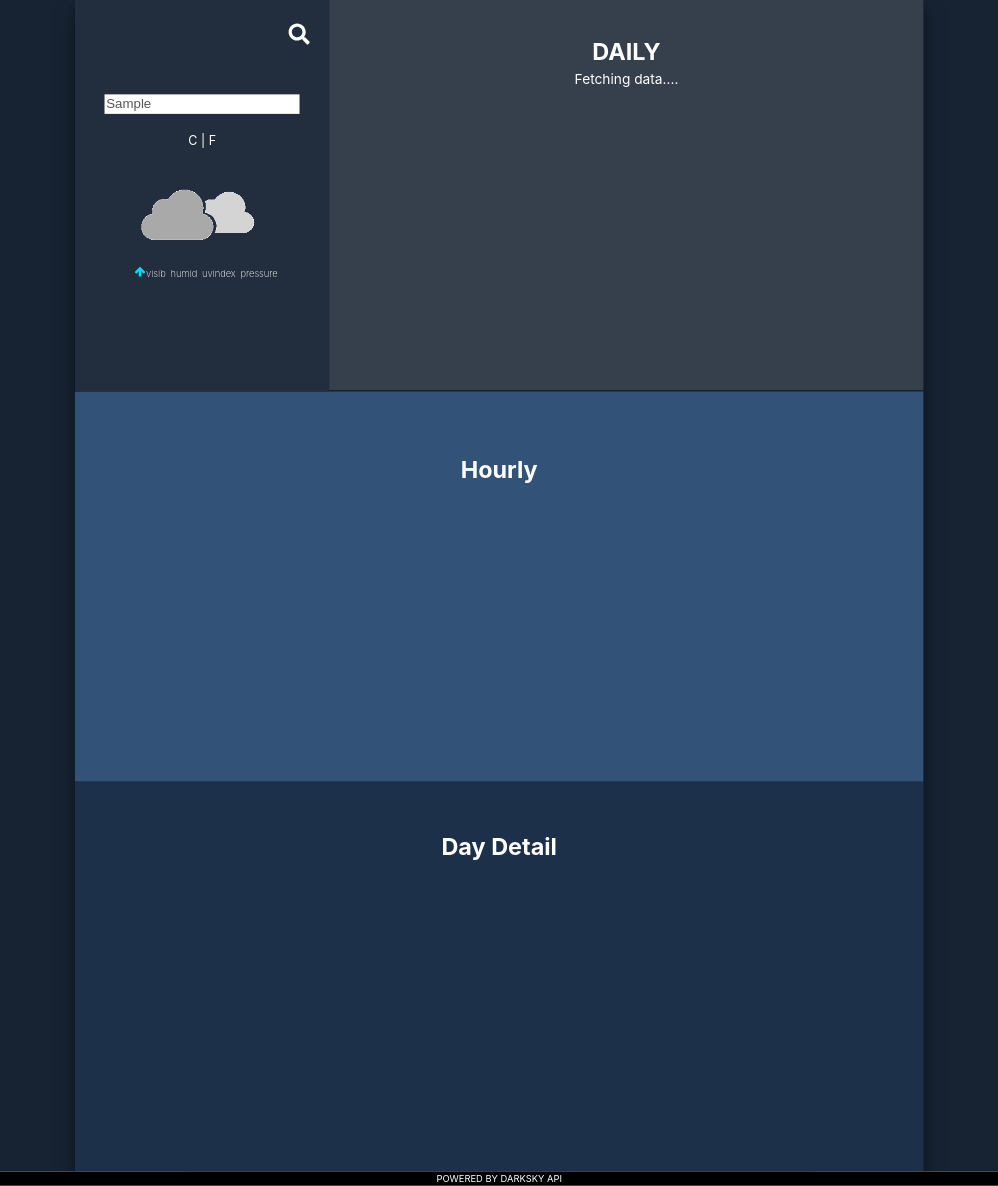
Repository: DOODpls/assignment3_weather
Page: index.html
The author's editor kept a copy of each file at every save. The page is drawn from the files as they stood at one save, then again after the next save.
The browser window is 1280 px wide. The pictures show the whole page, at 78% of full size.
Empty fields were first filled with sample values (such as "Sample", 5 or name@example.com).
After loading, the first visible `#searchbutton` was clicked once.
Some web fonts or font styles are not loaded; a fallback is used. Some web libraries are served in a nearby version.

Above is the page before, as saved 2020-01-07 21:23:24.

### index.html
<!DOCTYPE html>
<html lang="en">
    <head>
        <meta charset="UTF-8" />
        <meta name="viewport" content="width=device-width, initial-scale=1.0" />
        <meta http-equiv="X-UA-Compatible" content="ie=edge" />
        <script src="https://ajax.googleapis.com/ajax/libs/jquery/1/jquery.min.js" type="text/javascript"></script>
        <script src="https://ajax.googleapis.com/ajax/libs/jqueryui/1.10.3/jquery-ui.min.js"></script>
        <script src="https://cdnjs.cloudflare.com/ajax/libs/font-awesome/5.11.2/js/all.js"></script>
        <title>The Weathering</title>
        <link rel="shortcut icon" href="./icons/favicon.ico" />
        <link
            rel="stylesheet"
            href="https://cdnjs.cloudflare.com/ajax/libs/bulma/0.7.5/css/bulma.min.css"
            integrity="sha256-vK3UTo/8wHbaUn+dTQD0X6dzidqc5l7gczvH+Bnowwk="
            crossorigin="anonymous"
        />
        <link
            rel="stylesheet"
            href="https://cdnjs.cloudflare.com/ajax/libs/open-iconic/1.1.1/font/css/open-iconic.min.css"
            integrity="sha256-CfN2r6i/dqkUHVRqpBzO3w21SnIWalwGfj5ScBPVzmI="
            crossorigin="anonymous"
        />
        <link rel="stylesheet" href="styles.css" />
    </head>
    <body>
        <div class="page">
            <div class="main-container">
                <div class="today-container">
                  <div class="searchbutton" id="searchbutton">
                    <i class="fas fa-search"></i>
                  </div>
                  <form action="" method="post" name="form_citydetails" id="form_citydetails" enctype="multipart/form-data" onsubmit="return false;">
                    <input class="ff_elem city-text" type="text" name="ff_nm_from[]" value="" id="f_elem_city" placeholder="Type City" onkeydown="search(this)"/>
                    </form>
                    <div class="today-stage">
                      <div class="unitswitcher">
                        <div class="celcius" id='cell'>C</div>
                        <br>
                        <p>&nbsp;|&nbsp;</p>
                        <div class="farenheight" id="farr">F</div>
                      </div>
                        <div class="info-holder">
                          <div class="preload"></div>
                          <canvas id="icon0" width="150" height="150"></canvas>
                          <p class="city"></p>
                          <p class="today-temp"></p>
                          <p class="today-description"></p>
                          <p class="today-minmax"></p>
                          <div class="sub-info">
                          <p class="app-temp"></p>
                          <div class="wind-holder">
                            <p class="wind-speed"></p>
                            <div class="wind-direction"></div>
                          </div>
                          <p class="visibility">visib</p>
                          <p class="humidity">humid</p>
                          <p class="uvindex">uvindex</p>
                          <p class="pressure">pressure</p>
                          </div>
                        </div>
                    </div>
                </div>

                <div class="week-container">
                  <p class="daily-title">DAILY</p>
                  <p class="week-summary">Fetching data....</p>
                  <div class="week-stage" id="week-stages">
                  </div>
                </div>
                <div class="hourly-container">
                  <p class="daily-title">Hourly</p>
                  <div class="hourly-row"></div>
                </div>
                <div class="day-details">
                  <div class="titlebar">
                    <p class="daily-title">Day Detail</p>
                    <p class="day-summ"></p>
                  </div>
                  <div class="summary-flex">
                  <div class="melovesomeclouds">
                    <p class="habanero"></p> <!-- have to name it like this bc for some readon uvindex(whatever) wont work  -->
                    <p class="cloud-cover"></p>
                  </div>

                  <div class="sunny">
                    <p class="sunrise"></p>
                    <p class="sunset"></p>
                  </div>

                  <div class="airwater">
                    <p class="humidity2"></p>
                    <p class="dew-point"></p>
                  </div>

                  <div class="wind">
                    <p class="ave-windspeed"></p>
                    <p class="ave-windgust"></p>
                  </div>
                </div>
                </div>
            </div>
        </div>
        <footer class="foooterrr">
          <a href="https://darksky.net/dev">POWERED BY DARKSKY API</a>
        </footer>
        <script src="./skycons.js"></script>
        <script src="./app.js"></script>
    </body>
</html>

### styles.css

.page {
  display: flex;
  color: white;
  justify-content: center;
  flex-wrap: wrap;
  background-color: #172332;
  width: 100%;
  height: 100%;
  overflow: hidden;
}
.main-container {
  height: 100%;
  width: 85vw;
  overflow-y: hidden;
  box-sizing: content-box;
  display: flex;
  justify-content: flex-start;
  flex-wrap: wrap;
  box-shadow: 0 14px 28px rgba(0, 0, 0, 0.25), 0 10px 10px rgba(0, 0, 0, 0.22);
}
.today-container {
  flex: 30%;
  display: flex;
  height: 502px;
  background: #222e3e;
  flex-direction: column;
  justify-content: center;
  align-items: center;
  overflow: hidden;
  position: relative;
}
.searchbutton{
  position: absolute;
  top: 25px;
  right: 25px;
  font-size: 27px;
}
.unitswitcher{
  color: white;
  display: flex;
  justify-content: center;
}
.celcius, .farenheight{
  text-decoration: none;
  color: white;
}
.celcius:hover, .farenheight:hover{
  color: rgb(161, 161, 161);
}
.ui-helper-hidden-accessible{
  visibility: hidden;
  position: absolute;
}


.ui-autocomplete {
  position: absolute;
  top: 100%;
  left: 0;
  z-index: 1000;
  float: left;
  display: none;
  min-width: 160px;
  padding: 4px 0;
  margin: 0 0 10px 25px;
  list-style: none;
  background-color: #36404d;
  border-color: #ccc;
  border-color: rgba(0, 0, 0, 0.2);
  border-style: solid;
  border-width: 1px;
  -webkit-border-radius: 5px;
  -moz-border-radius: 5px;
  border-radius: 5px;
  -webkit-box-shadow: 0 5px 10px rgba(0, 0, 0, 0.2);
  -moz-box-shadow: 0 5px 10px rgba(0, 0, 0, 0.2);
  box-shadow: 0 5px 10px rgba(0, 0, 0, 0.2);
  -webkit-background-clip: padding-box;
  -moz-background-clip: padding;
  background-clip: padding-box;
  *border-right-width: 2px;
  *border-bottom-width: 2px;
}

.ui-menu-item > a.ui-corner-all {
  display: block;
  padding: 3px 15px;
  clear: both;
  font-weight: normal;
  line-height: 18px;
  color: #ffffff;
  white-space: nowrap;
  text-decoration: none;
}

.ui-state-hover, .ui-state-active {
  color: #ffffff;
  text-decoration: none;
  background-color: #0088cc;
  border-radius: 0px;
  -webkit-border-radius: 0px;
  -moz-border-radius: 0px;
  background-image: none;
}


.preload{
  background-image: url(./preloader.gif);
  height: 170px;
  width: 170px;
  background-size: 170px;
  position: absolute;
  top: 0;
  display: none;
}
.today-stage {
    position: relative;
    /* background: rgba(0, 0, 0, 0.2); */
}
/* #icon1{
  background-image: url(./preloader.gif);
  background-size: 150px;
} */
.today-icon {
    font-size: 140px;
    opacity: 0.17;
}
.city{
  transition-duration: .5s;
}
.today-temp {
    font-weight: 900;
    font-size: 50px;
    transition-duration: .5s;
}

.info-holder{
  display: flex;
  flex-direction: column;
  justify-content: center;
  align-items: center;
  position: relative;
}
.city-text{
  border-radius: 0px;
  width: 250px;
  height: 25px;
  font-family: Arial, Helvetica, sans-serif;
  font-size: 17px;
  color: #555;
  border: none;
  box-sizing: border-box;
  position: relative;
  top: -22px;
}

.sub-info{
  display: flex;
  justify-content: space-around;
  flex-direction: row;
  flex-wrap: wrap;
  width: 200px;
  transition-duration: .5s;
}
.app-temp{
    font-weight: 200;
    font-size: 12px;
}
.visibility{
  font-weight: 200;
  font-size: 12px;
}
.humidity{
  font-weight: 200;
  font-size: 12px;
}
.uvindex{
  font-weight: 200;
  font-size: 12px;
}
.pressure{
  font-weight: 200;
  font-size: 12px;
}
.today-minmax {
    font-weight: 400;
    font-size: 18px;
    opacity: 0.4;
    left: 0;
    transition-duration: .5s;
}
.today-description {
    font-weight: 400;
    font-size: 18px;
    transition-duration: .5s;
}
.wind-holder{
  display: flex;
  flex-direction: row;
}
.wind-direction{
    background-image: url('./icons/general_icon/arrow-up.svg');
    height: 13px;
    width: 13px;
    background-size: 13px;
    position: relative;
    left: 5px;
    transition-duration: .5s;
}
.wind-speed{
    font-weight: 200;
    font-size: 12px;
}
.week-container {
    flex: 70%;
  height: 500px;
  width: auto;
  background-color: #36404d;
  display: flex;
  justify-content: center;
  flex-direction: column;
  align-items: center;
}
.week-summary{
  font-size: 1.1em;
  height: auto;
  width: auto;
  margin-left: 20px;
  margin-right: 20px;
  margin-bottom: 20px;
  transition-duration: .5s;
}
.week-stage {
  height: 320px;
  width: auto;
  display: flex;
  justify-content: space-between;

}


/* Track */
.week-day-container {
    height: auto;
    width: 100px;
    margin-left: 20px;
    margin-right: 20px;
    display: flex;
    flex-direction: column;
    justify-content: space-aroud;
    align-items: center;
    position: relative;
    transition-duration: .5s;
}
.week-day-container:hover{
  opacity: .5;
}
@media (max-width:1890px){
  .week-stage {
  width: 80vmin;
  overflow-x: scroll;
  overflow-y: hidden;
  }

}


.week-day-container p {
    font-weight: 400;
    font-size: 12px;
    color: white;
}

.week-day-container span {
    opacity: 0.17;
    font-size: 24px;
    margin: 0;
}
.hourly-container{
  height: 500px;
  width: 100%;
  background-color: #335277;
  display: flex;
  justify-content: center;
  flex-direction: column;
  align-items: center;
}
.hourly-row{
  display: flex;
  flex-direction: row;
  width: 1500px;
  overflow-x: scroll;
  overflow-y: hidden;
  height: 300px;
}

.hourly-cards{
  font-weight: 400;
    font-size: 12px;
    color: white;
    width: 150px;
    display: flex;
    flex-direction: column;
    justify-content: center;
    align-items: center;
    margin-left: 20px;
  margin-right: 20px;
  transition-duration: .5s;
}
.hourly-cards p{
  font-weight: 400;
    font-size: 12px;
    color: white;
}
.loopwind{
  width: auto;
  display: flex;
  flex-direction: row;
  align-items: center;
}
.arrow-rotator{
  background-image: url('./icons/general_icon/arrow-up.svg');
  height: 10px;
  width: 10px;
  background-size: 10px;
  position: relative;
  margin-right: 5px;
  transition-duration: .5s;
}

@media (max-width:1800px){
  .hourly-row{
    width: 80vw;
  }
}

/* width */
::-webkit-scrollbar {
  width: 10px;
  height: 10px;
  border-radius: 20px;
}

/* Track */
::-webkit-scrollbar-track {
  background: #f1f1f1;
  border-radius: 20px;
}

/* Handle */
::-webkit-scrollbar-thumb {
  background: #888;
  border-radius: 20px;
}

/* Handle on hover */
::-webkit-scrollbar-thumb:hover {
  background: #555;
}
.day-details{
  display: flex;
  justify-content: space-around;
  flex-direction: column;
  align-items: center;
  width: 100%;
  height: 500px;
  background-color: #1c3049;
}

.titlebar{
  display: flex;
  flex-direction: column;
  align-items: center;
  justify-content: center;
  align-content: space-between;
  height: 250px;
  margin-left: 10px;
  margin-right: 10px;
  text-align: center;
}
.daily-title{
  font-size: 30px;
  font-weight: bold;
}
.day-summ{
  font-size: 20px;
  position: relative;
  top: 30px;
}
.wind, .airwater, .sunny, .melovesomeclouds{
  font-size: 20px;
  font-weight: bold;
  width: 300px;
  transition-duration: .5s;
  text-align: center;
}
.summary-flex{
  display: flex;
  justify-content: space-around;
  align-items: center;
  flex-wrap: wrap;
  width: 800px;
  height: 500px;
  background-color: #1c3049;
  transition-duration: .5s;
}

@media (max-width: 950px){
  .summary-flex{
    width: 100%;
    margin-right: 5px;
    margin-left: 5px;
  }

}

@media (max-width:705px){
  .wind, .airwater, .sunny, .melovesomeclouds{
    font-size: 20px;
    font-weight: bold;
    display: flex;
    justify-content: center;
    flex-direction: column;
    align-items: center;
    margin-left: 10px;
    margin-right: 10px;
  }

  .main-container {
    width: 100%;
  }
  .week-container{
    flex: none;
    width: 100%;
  }
  .week-stage, .hourly-row{
    width: 90%;
  }
}
@media (max-width:500px){
  .city-text{
    position: absolute;
    top: 25px;
    right: -250px;
  }
}
.city-text-appear{
  right: 50;
}
@media (max-width:260px){
  .city-text{
    width: 100%;
  }
}
.foooterrr{
  background-color: black;
  color: white;
  font-size: 12px;
  display: flex;
  justify-content: center;
  flex-direction: column;
  align-items: center;
}
a{
  text-decoration: none;
  color: white;
}

Loaded but not shown: skycons.js (726 lines, source omitted); app.js (336 lines, source omitted)

After the next save:
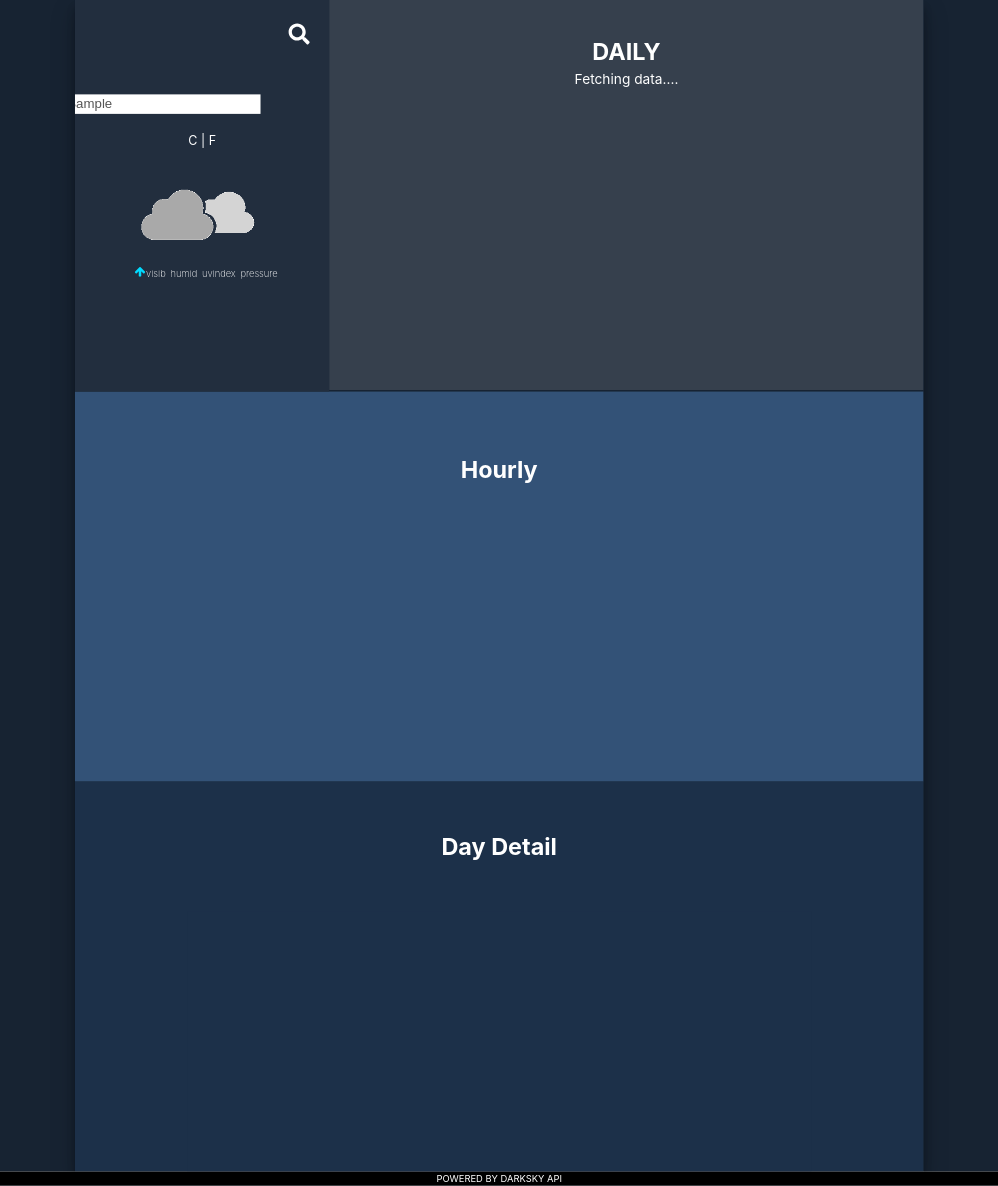
Saved 9 s later.
--- a/styles.css
+++ b/styles.css
@@ -446,7 +446,7 @@
   }
 }
 .city-text-appear{
-  right: 50;
+  right: 50px;
 }
 @media (max-width:260px){
   .city-text{
